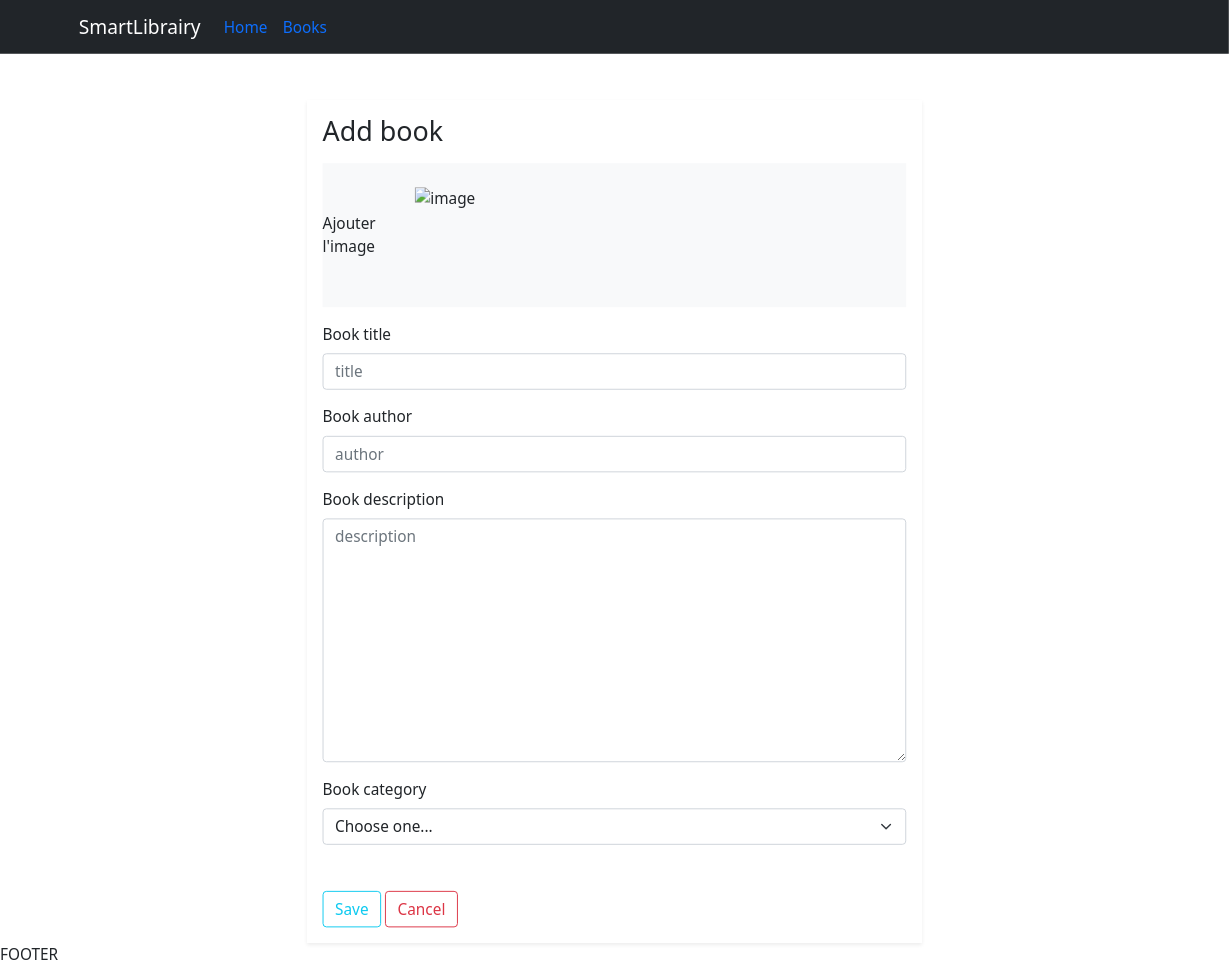
Repository: FS-23/smart-librairy
Page: http://localhost/books/create
These files come from the project's save history. The page is drawn as it stood at one moment and after the next save; the edit follows.
The browser window is 1280 px wide. The pictures show the whole page, at 96% of full size.
The page is served by the project's Laravel application, run on PHP 8.4 with Laravel 9. Other server files are loaded and not shown.

Above is the page before, as saved 2022-06-10 13:16:38.

### routes/web.php
<?php

use Illuminate\Support\Facades\Route;
use Illuminate\Http\Request;
use App\Http\Controllers\BookController;

/*
    |--------------------------------------------------------------------------
    | Web Routes
    |--------------------------------------------------------------------------
    |
    | Here is where you can register web routes for your application. These
    | routes are loaded by the RouteServiceProvider within a group which
    | contains the "web" middleware group. Now create something great!
    |
*/

Route::get('/', function () {
    return redirect('/books/list');
});
Route::get('/books/list' , [BookController::class , 'index']);
Route::get('/books/create',[BookController::class , 'create']);
Route::get('/books/update/{id}',[BookController::class , 'edit']);
Route::post('/books/store' , [BookController::class , 'store']);
Route::post('/books/update/{id}' , [BookController::class , 'update']);
Route::get('/books/detail/{id}' , [BookController::class, 'show']);
Route::get('/books/delete/{id}' , [BookController::class, 'destroy']);

Route::view('/file' , 'file');

Route::post('/file/store' , function(Request $request){
    //hasFile

    $file = $request -> file('myFile');

    // Storage::put('myfile.jpg', $file);
     $storeResult = $file->store('public/bookImages'); // file est le name de votre input dans file.blade.php
    // return $storeResult;

    $fileName = str_replace('public' , 'storage' , $storeResult);
     return  $fileName;
});

### app/Http/Controllers/BookController.php
<?php

namespace App\Http\Controllers;

use App\Models\Book;
use Illuminate\Http\Request;

class BookController extends Controller
{

    public function index()
    {

        return view('book.list', ['books' => Book::all()]);
    }

    public function create()
    {
        return view('book.create');
    }

    public function store(Request $request)
    {
        $data = $request -> all();
        $file = $request -> file('bookImage');
        $fileStoreResult = $file->store('/public/bookImages');
        $fileName = str_replace('public', 'storage' , $fileStoreResult);
        $data['image'] = $fileName;
        $createdBook = Book::create($data);
        return redirect('/books/list');
    }


    public function show($id)
    {
        return  view('book.detail' , ["book" => Book::find($id)]);
    }


    public function edit($id)
    {
        return view('book.update' , ["book" => Book::find($id)]);
    }


    public function update(Request $request, $id)
    {
        $book = Book::find($id);
        $book ->update($request->all());

        return redirect('/books/list');
        //
    }

    public function destroy($id)
    {
        Book::destroy($id);
        return redirect('/books/list');
    }
}

### resources/views/book/create.blade.php
@extends('layout.layout')

@section('content')

   <div class="col-11 col-sm-6 shadow-sm mt-5 p-3 m-auto">
    <form action="/books/store" method="post" enctype="multipart/form-data">
        @csrf
        <h3>Add book</h3>
        <div id="choose-image-container" style="height: 150px" class="bg-light mt-3 d-flex justify-content-center align-items-center">
            Ajouter l'image <img style="width: 100% ; height: 100px" id="imagePreview" src="" alt="image">
            <input type="file" accept="image/*" style="display: none" id="bookFile" name="bookImage" required>
        </div>
        <div class="form-group mt-3">
            <label for="" class="form-label">Book title</label>
            <input required type="text" class="form-control" placeholder="title" name="title">
        </div>
        <div class="form-group mt-3">
            <label for="" class="form-label">Book author</label>
            <input  required type="text" class="form-control" placeholder="author"  name="author">
        </div>
        <div class="form-group mt-3">
            <label for="" class="form-label">Book description</label>
            <textarea  required type="text" class="form-control" rows="10" placeholder="description"  name="description"></textarea>
        </div>
        <div class="form-group mt-3">
            <label for="" class="form-label">Book category</label>
            <select  required  name="categorie" id="" class="form-select">
                <option value="">Choose one...</option>
                <option value="thriller">Thriller</option>
                <option value="romance">Romance</option>
                <option value="dramatic">Drama</option>
                <option value="dramatic">Personal developpment</option>
            </select>
        </div>

        <div class="mt-5">
           <button class="btn btn-outline-info">Save</button>
           <a href="/book/list" class="btn btn-outline-danger">Cancel</a>
        </div>
   </form>
   </div>

   <script>
       window.onload = function(){
            console.log('hello world');
            let fileInput = document.querySelector('#bookFile');
            let imageContainer = document.querySelector('#choose-image-container');
            let imagePreview = document.querySelector('#imagePreview')
            imageContainer.addEventListener('click' , function(){
                fileInput.click();
            })

            fileInput.addEventListener('change' , function(){
                 console.log('files:', fileInput.files);

                 let reader = new FileReader();

                 reader.onload = function(){
                    // console.log('result:', reader.result);

                    imagePreview.src = reader.result;
                 }
                 reader.readAsDataURL(fileInput.files[0])

            })



       }
   </script>
@endsection

### resources/views/layout/layout.blade.php
<!DOCTYPE html>
<html lang="en">
<head>
    <meta charset="UTF-8">
    <meta name="viewport" content="width=device-width, initial-scale=1.0">
    <meta http-equiv="X-UA-Compatible" content="ie=edge">
    <title>SMART LIBRAIRY</title>

    <link rel="stylesheet" href="https://cdn.jsdelivr.net/npm/bootstrap@5.1.3/dist/css/bootstrap.min.css">
</head>
<body>
    <header>
        <nav class="navbar navbar-expand-lg  bg-dark  text-white">
             <div class="container">
                  <div class="navbar-brand text-white">SmartLibrairy</div>

                  <button class="navbar-toggler" data-bs-toggle="collapse" href="#menu-container">
                     <span class="navbar-toggler-icon"></span>
                  </button>
                  <div class="collapse navbar-collapse" id="menu-container">
                    <ul class="navbar-nav">
                        <li class="nav-item">
                            <a href="/" class="nav-link">Home</a>
                        </li>
                        <li class="nav-item">
                             <a href="/books/list" class="nav-link">Books</a>
                        </li>
                    </ul>
                  </div>
             </div>

        </nav>
    </header>
    <section>
        @yield('content')
    </section>

    <section>
        @if($errors->count()>0)
            @foreach($errors->all() as $error)
                <h6 class="text-danger">{{ $error }}</h6>
            @endforeach
        @endif
    </section>
    <footer>
        FOOTER
    </footer>

    <script src="https://cdn.jsdelivr.net/npm/bootstrap@5.1.3/dist/js/bootstrap.bundle.min.js"></script>
</body>
</html>

Loaded but not shown: app/Http/Controllers/Controller.php (common file)

After the next save:
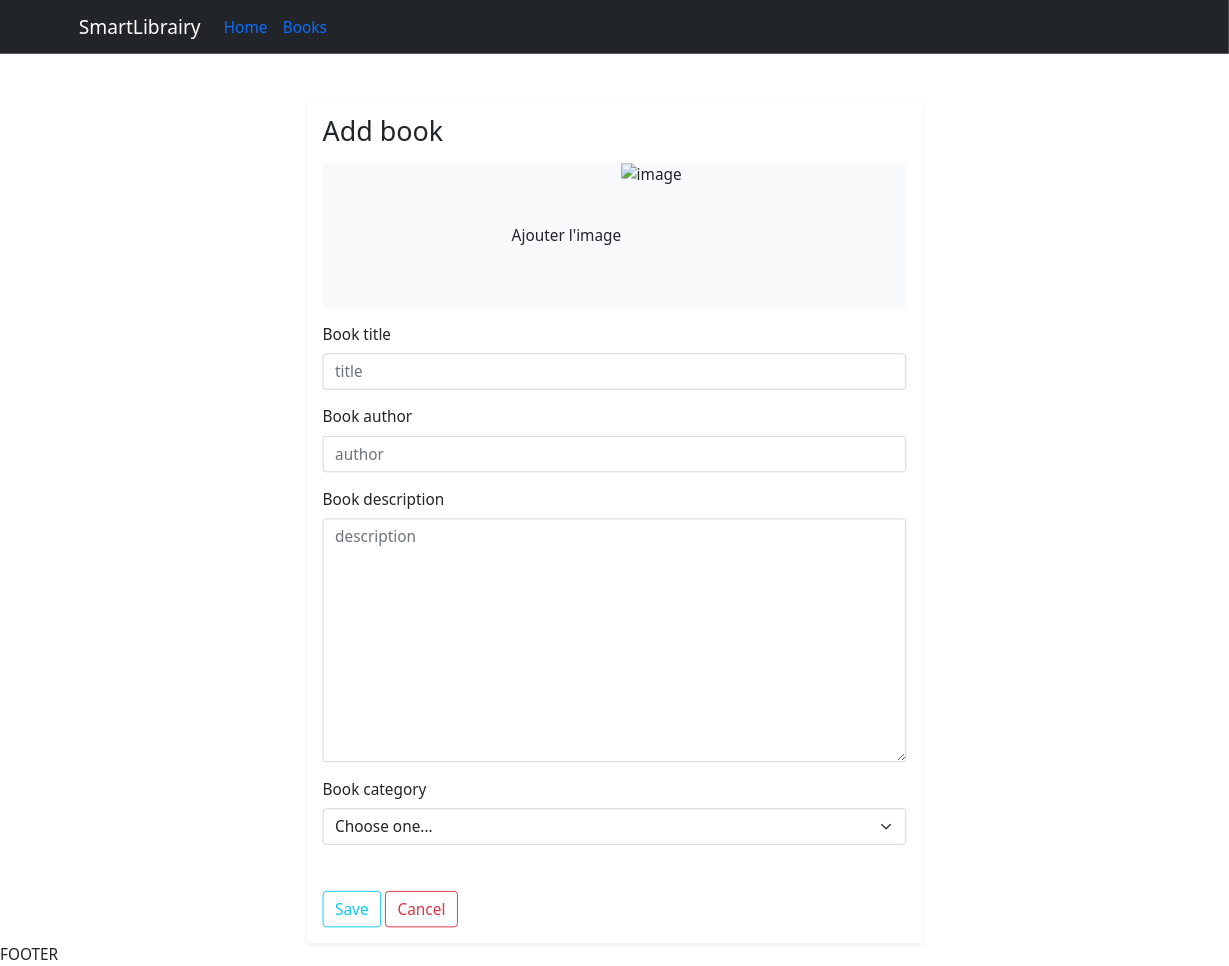
Saved 29 s later.
--- a/resources/views/book/create.blade.php
+++ b/resources/views/book/create.blade.php
@@ -7,7 +7,7 @@
         @csrf
         <h3>Add book</h3>
         <div id="choose-image-container" style="height: 150px" class="bg-light mt-3 d-flex justify-content-center align-items-center">
-            Ajouter l'image <img style="width: 100% ; height: 100px" id="imagePreview" src="" alt="image">
+            Ajouter l'image <img style="width: 100px ; height: 100%" id="imagePreview" src="" alt="image">
             <input type="file" accept="image/*" style="display: none" id="bookFile" name="bookImage" required>
         </div>
         <div class="form-group mt-3">
